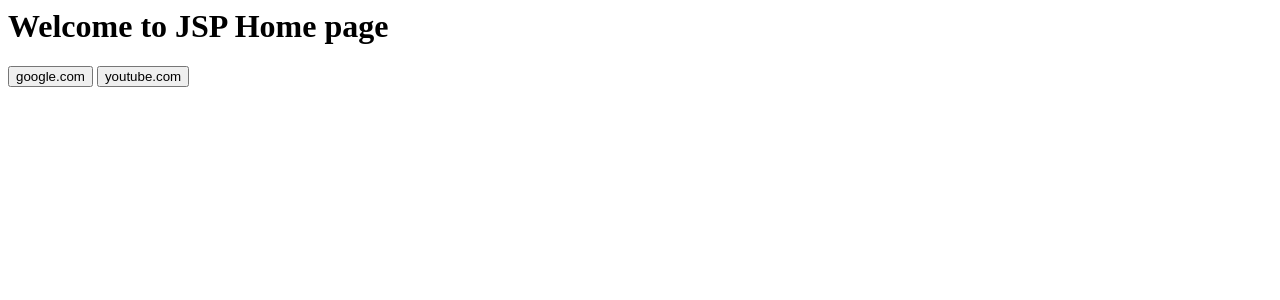
Repository: LUKKAROSHINI/Enterprise-Programming
Page: http://localhost/JspDemo/
An editor plug-in stored every save of this project. The page is shown before and after the next save, followed by the edit.
The browser window is 1280 px wide. The pictures show the whole page.
The page is served by Tomcat 9.

Above is the page before, as saved 2024-06-17 09:31:59.

### JspDemo/src/main/webapp/index.jsp
<html>
<body>
<h1>Welcome to JSP Home page</h1>
<form action="hello.jsp">

<input type="submit" value="google.com">
<input type="submit" value="youtube.com">

</form>
</body>
</html>

After the next save:
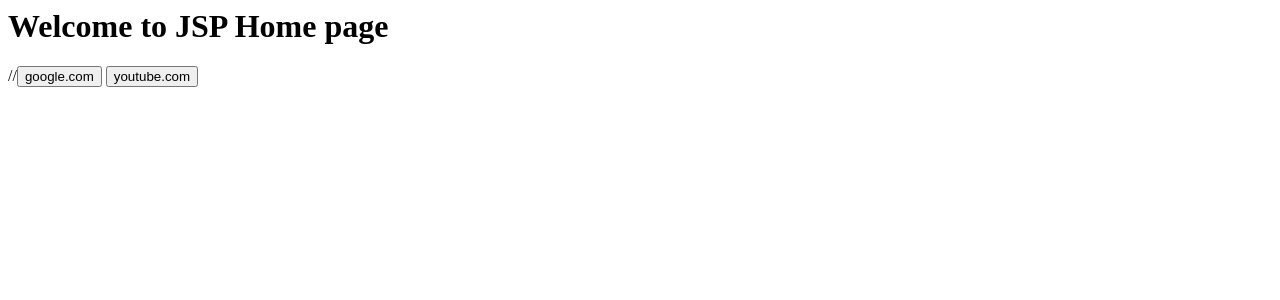
Saved 2 min 5 s later.
--- a/JspDemo/src/main/webapp/index.jsp
+++ b/JspDemo/src/main/webapp/index.jsp
@@ -3,7 +3,7 @@
 <h1>Welcome to JSP Home page</h1>
 <form action="hello.jsp">
 
-<input type="submit" value="google.com">
+//<input type="submit" value="google.com">
 <input type="submit" value="youtube.com">
 
 </form>
